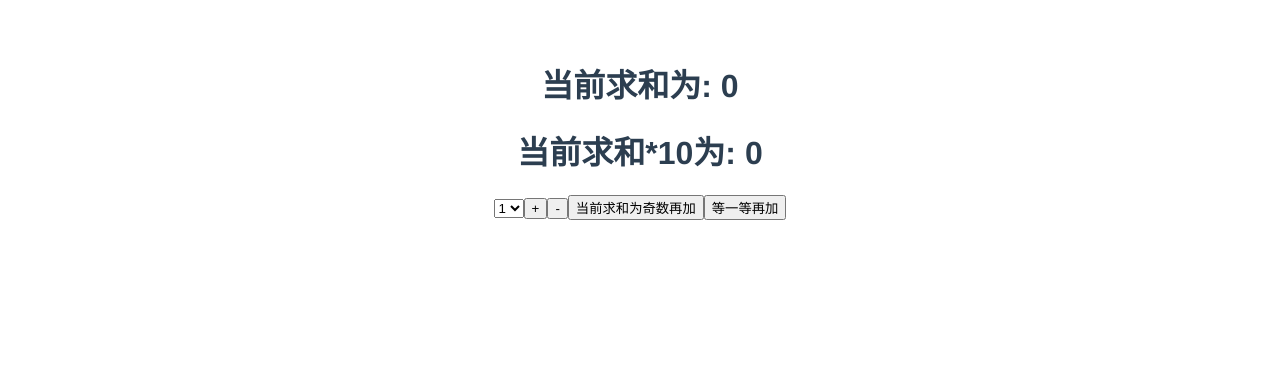
Repository: 319226862/wyy
Page: /#/home/news (app in test/)
These files come from the project's save history. The page is drawn as it stood at one moment and after the next save; the edit follows.
The browser window is 1280 px wide. The pictures show the whole page.
The project was rebuilt for these pictures with package versions that can differ from the ones it lists, and the page was loaded fresh each time. Also part of the build but not shown: test/vue.config.js.

Above is the page before, as saved 2023-07-03 09:40:00.

### test/src/main.js
import Vue from 'vue'
import App from './App.vue'
import store from './store'

Vue.config.productionTip = false

new Vue({
  render: h => h(App),
  store,
  beforeCreate(){
    Vue.prototype.$bus = this
  }
}).$mount('#app')

### test/src/App.vue
<template>
  <div id="container">
    <!-- <Category title="food" :listData="foods"/> -->
    <!-- <Category title="game" :listData="games"/> -->
    <!-- <Category title="film" :listData="films"/> -->
    <!-- <Category title="food">
      <img slot="bottom" src="https://s3.ax1x.com/2021/01/16/srJlq0.jpg" />
      <a slot="footer" href="#">more</a>
    </Category> -->

    <!-- <Category title="games">
      <template scope="data">
        <ul>
          <li v-for="(game,index) in data.games" :key="index">{{ game }}</li>
        </ul>
      </template>
    </Category>

    <Category title="games">
      <template scope="data">
        <ol>
          <li v-for="(game,index) in data.games" :key="index">{{ game }}</li>
        </ol>
      </template>
    </Category>

    <Category title="games">
      <template scope="data">
        <h4>
          <li v-for="(game,index) in data.games" :key="index">{{ game }}</li>
        </h4>
      </template>
    </Category> -->

    <!-- <Category title="films">
      <video slot="bottom" src="http://clips.vorwaerts-gmbh.de/big_buck_bunny.mp4"></video>
      <a slot="footer" href="#">more</a>
    </Category> -->


    <Count/>
  </div>
</template>

<script>
// import axios from 'axios'
// import Category from './components/Category.vue'
import Count from './components/Count.vue';
export default {
  name: 'App',

  components: {Count},
  methods:{

  }
}
</script>

<style>
#container {
  font-family: Avenir, Helvetica, Arial, sans-serif;
  -webkit-font-smoothing: antialiased;
  -moz-osx-font-smoothing: grayscale;
  text-align: center;
  color: #2c3e50;
  margin-top: 60px;
}

</style>

### test/src/store/index.js
// 用于创建vuex的store
import Vue from 'vue'
import Vuex from 'vuex'
Vue.use(Vuex)
// 准备actions——用于响应组件中的动作
const actions={
    jia(context,value){
        // console.log("actions,jia被调用",context,value)
        context.commit('JIA',value)
    },
    jian(context,value){
        // console.log("actions,jia被调用",context,value)
        context.commit('JIAN',value)
    },
    jiaOdd(context,value){
        if (context.state.number%2){
            context.commit('JIA',value)
        }
    },
    jiaWait(context,value){
        setTimeout(() => {
            context.commit('JIA',value)
        }, 500);
    }
}

// 准备mutations——用于操作数据state
const mutations={
    JIA(state,value){
        // console.log("mutations,JIA被调用",state,value)
        state.number += value
    },
    JIAN(state,value){
        // console.log("mutations,JIA被调用",state,value)
        state.number -= value
    },
}

// 准备state——用于存储数据   data
const state={
    // 求和数字
    number:0,
    school:1,
    subject:2,
}

// 准备getters——用于加工state中的数据   computed
const getters = {
    bigSum(state){
        return state.number*10
    }
}

// 创建&暴露store
export default new Vuex.Store({
    actions,
    mutations,
    state,
    getters
})

### test/src/components/Count.vue
<template>
    <div>
        <h1>当前求和为: {{ $store.state.number }}</h1>
        <h1>当前求和*10为: {{ $store.getters.bigSum }}</h1>
        <select v-model.number="n">
            <option value="1">1</option>
            <option value="2">2</option>
            <option value="3">3</option>
        </select>
        <button @click="increment">+</button>
        <button @click="decrement">-</button>
        <button @click="incrementOdd">当前求和为奇数再加</button>
        <button @click="incrementWait">等一等再加</button>
    </div>
</template>

<script>
export default {
    data(){
        return {
            // 用户选择的数字
            n:1,

        }
    },
    methods:{
        increment(){
            // this.number += this.n
            this.$store.commit('JIA',this.n)
        },
        decrement(){
            // this.number -= this.n
            // commit 越过dispatch
            this.$store.commit('JIAN',this.n)
        },
        incrementOdd(){
            // if(this.number%2){
            //     this.number += this.n
            // }
            // if(this.$store.state.number%2){
            //     this.$store.dispatch('jia',this.n)
            // }
            this.$store.dispatch('jiaOdd',this.n)
        },
        incrementWait(){
            // setTimeout(()=>{
            //     // this.number += this.n
            //     this.$store.dispatch('jia',this.n)
            // },500)
            this.$store.dispatch('jiaWait',this.n)
        },
    }
}
</script>

<style>

</style>

Loaded but not shown: test/public/index.html (common file)

After the next save:
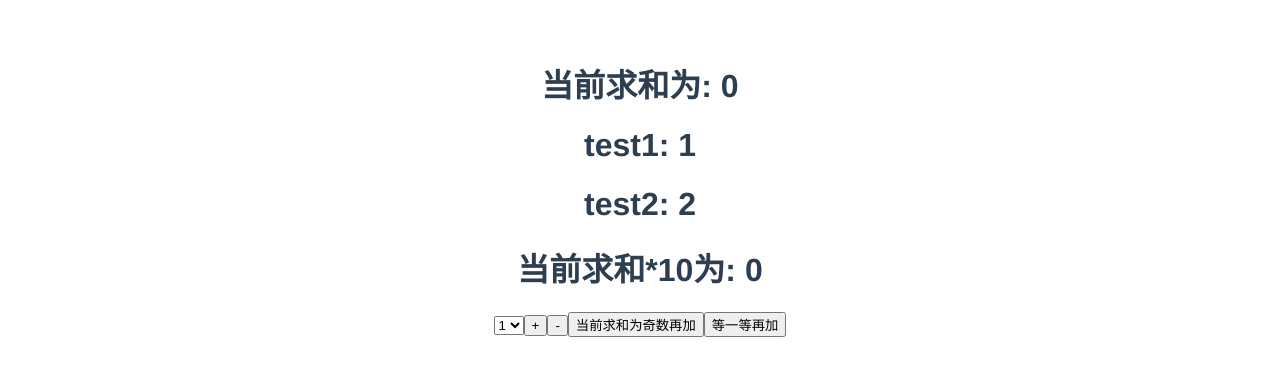
Saved 25 s later.
--- a/test/src/components/Count.vue
+++ b/test/src/components/Count.vue
@@ -1,6 +1,8 @@
 <template>
     <div>
         <h1>当前求和为: {{ $store.state.number }}</h1>
+        <h1>test1: {{ $store.state.school }}</h1>
+        <h1>test2: {{ $store.state.subject }}</h1>
         <h1>当前求和*10为: {{ $store.getters.bigSum }}</h1>
         <select v-model.number="n">
             <option value="1">1</option>
